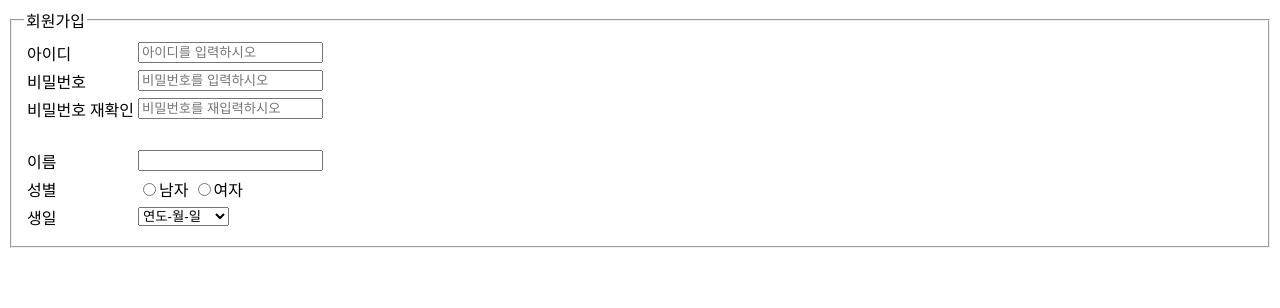
Repository: Scoobi-wisdoom/web
Page: d011/web/register.html
The author's editor kept a copy of each file at every save. The page is drawn from the files as they stood at one save, then again after the next save.
The browser window is 1280 px wide. The pictures show the whole page.

Above is the page before, as saved 2020-08-05 08:40:59.

### d011/web/register.html
<!DOCTYPE html>
<html>
<head>
<meta charset="EUC-KR">
<title>회원 가입</title>
</head>
<body>
<form action="register" method="GET">
	<fieldset>
		<legend>회원가입</legend>
		<table>
			<tr>
				<td>
					아이디
				</td>
				<td>
					<input type="text" name="id" size="20" placeholder="아이디를 입력하시오">
				</td>
			</tr>
			<tr>
				<td>
					비밀번호
				</td>
				<td>
					<input type="password" name="pwd" size="20" placeholder="비밀번호를 입력하시오">
				</td>
			</tr>
			<tr>
				<td>
					비밀번호 재확인
				</td>
				<td>
					<input type="password" name="rpwd" size="20" placeholder="비밀번호를 재입력하시오">
				</td>
			</tr>
				<td>
					<br>
				</td>
			<tr>
			</tr>
			<tr>
				<td>
					이름
				</td>
				<td>
					<input type="text" name="name">
				</td>
			</tr>
			<tr>
				<td>
					성별
				</td>
				<td>
					<input type="radio" name="r1" value="man">남자
					<input type="radio" name="r1" value="woman">여자
				</td>
			</tr>
			<tr>
				<td>
					생일
				</td>
				<td>
					<select name="ss">
						<option value="" disabled selected>연도-월-일</option>
						<option value="1990-01-01">1990-01-01</option>
						<option value="2000-01-01">2000-01-01</option>
					</select>
			</tr>
			<tr>
				<td>
				</td>
			</tr>


		</table>
	</fieldset>
</form>
</body>
</html>

After the next save:
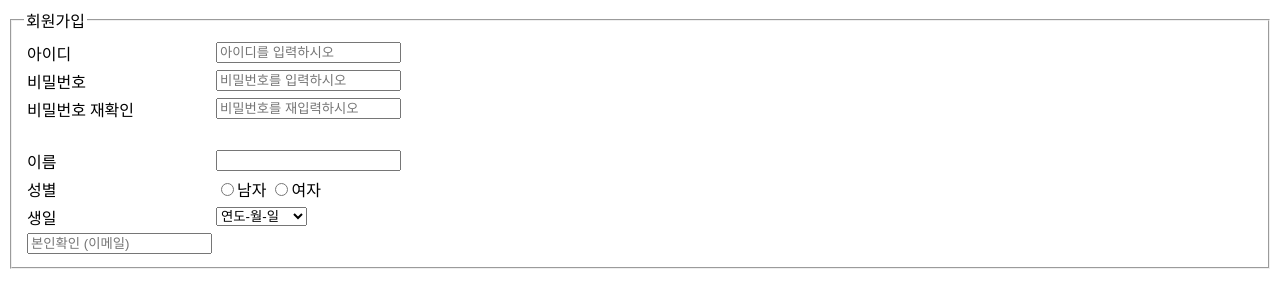
Saved 34 s later.
--- a/d011/web/register.html
+++ b/d011/web/register.html
@@ -68,6 +68,7 @@
 			</tr>
 			<tr>
 				<td>
+					<input type="text" name="email" placeholder="본인확인 (이메일)">
 				</td>
 			</tr>
 
